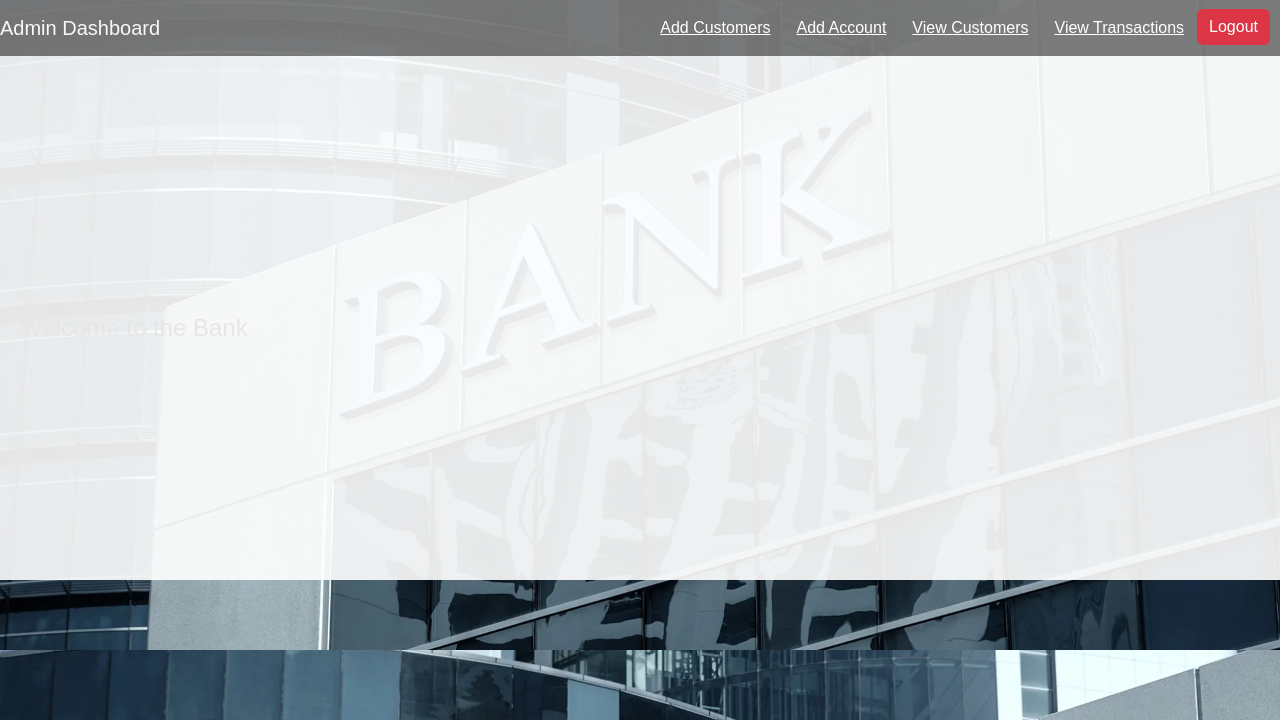
Repository: prathamsuhasia/swabhav-mini-project
Page: http://localhost/01-mini-project/Admin.jsp
An editor plug-in stored every save of this project. The page is shown before and after the next save, followed by the edit.
The browser window is 1280 px wide. The pictures show the whole page.
The page is served by Tomcat 9. The session is filled in as if someone had signed in: {"username": "testuser", "admin": "admin"}. Other server files are loaded and not shown.

Above is the page before, as saved 2024-08-15 16:16:05.

### 01-mini-project/WebContent/Admin.jsp
<%@ page language="java" contentType="text/html; charset=ISO-8859-1"
	pageEncoding="ISO-8859-1"%>
<%
	response.setHeader("Cache-Control", "no-cache, no-store, must-revalidate");
	response.setHeader("Pragma", "no-cache");
	response.setDateHeader("Expires", 0);
%>
<%
	HttpSession sessions = request.getSession(false);
	if (session == null || !"admin".equals(session.getAttribute("admin"))) {
		// No session or user not logged in, redirect to the login page
		response.sendRedirect("Index.jsp");
		return;
	}
%>
<!DOCTYPE html>
<html>
<head>
<meta http-equiv="Content-Type" content="text/html; charset=ISO-8859-1">
<title>Dashboard</title>
<link
	href="https://cdn.jsdelivr.net/npm/bootstrap@5.3.0/dist/css/bootstrap.min.css"
	rel="stylesheet">
<style>
body {
	background-image: url('Bank.webp');
	background-size: cover;
	background-position: center;
	color: #fff;
	font-family: Arial, sans-serif;
	position: relative;
    z-index: 1;
}

.navbar {
	background-color: rgba(0, 0, 0, 0.5);
	margin-bottom: 20px;
}

.navbar-brand {
	color: #f8f9fa;
}

.navbar-nav .nav-link {
	color: #f8f9fa !important;
}

.navbar-nav .nav-link:hover {
	color: #e9ecef !important;
}

.btn-logout {
	background-color: #dc3545;
	border: none;
	color: #fff;
	margin-right: 10px;
}

.btn-logout:hover {
	background-color: #c82333;
	color: #fff;
}

.welcome-message {
	display: flex;
	align-items: center;
	color: black;
	height: 70vh;
	justify-content: flex-start;
	padding-left: 20px;
	font-size: 24px;
}

.container {
	background-color: rgba(0, 0, 0, 0.6);
	padding: 20px;
	border-radius: 10px;
}

body::before {
	content: '';
	position: absolute;
	top: 0;
	left: 0;
	width: 100%;
	height: 100%;
	background-color: rgba(255, 255, 255, 0.9);
	/* Adjust opacity to make it lighter or darker */
}
</style>
</head>
<body>
	<nav class="navbar navbar-expand-lg">
		<a class="navbar-brand" href="#">Admin Dashboard</a>
		<div class="collapse navbar-collapse justify-content-end">
			<ul class="navbar-nav">
				<li class="nav-item">
					<form action="AdminController" method="post" class="nav-item">
						<button type="submit" name="action" value="AddCustomers"
							class="btn btn-link"style="color:white;">Add Customers</button>
					</form>
				</li>
				<li class="nav-item">
					<form action="AdminController" method="post" class="nav-item">
						<button type="submit" name="action" value="AddAccount"
							class="btn btn-link" style="color:white;">Add Account</button>
					</form>
				</li>
				<li class="nav-item">
					<form action="AdminController" method="post" class="nav-item">
						<button type="submit" name="action" value="ViewCustomers"
							class="btn btn-link" style="color:white;">View Customers</button>
					</form>
				</li>
				<li class="nav-item">
					<form action="AdminController" method="post" class="nav-item">
						<button type="submit" name="action" value="ViewTransactions"
							class="btn btn-link" style="color:white;">View Transactions</button>
					</form>
				</li>
				<li class="nav-item">
					<form action="LogoutServlet">
						<button type="submit" class="btn btn-logout">Logout</button>
					</form>
				</li>
			</ul>
		</div>
	</nav>

	<div class="welcome-message">Welcome to the Bank</div>

	<script src="https://code.jquery.com/jquery-3.6.0.min.js"></script>
	<script
		src="https://cdn.jsdelivr.net/npm/bootstrap@5.3.0/dist/js/bootstrap.bundle.min.js"></script>
</body>
</html>

After the next save:
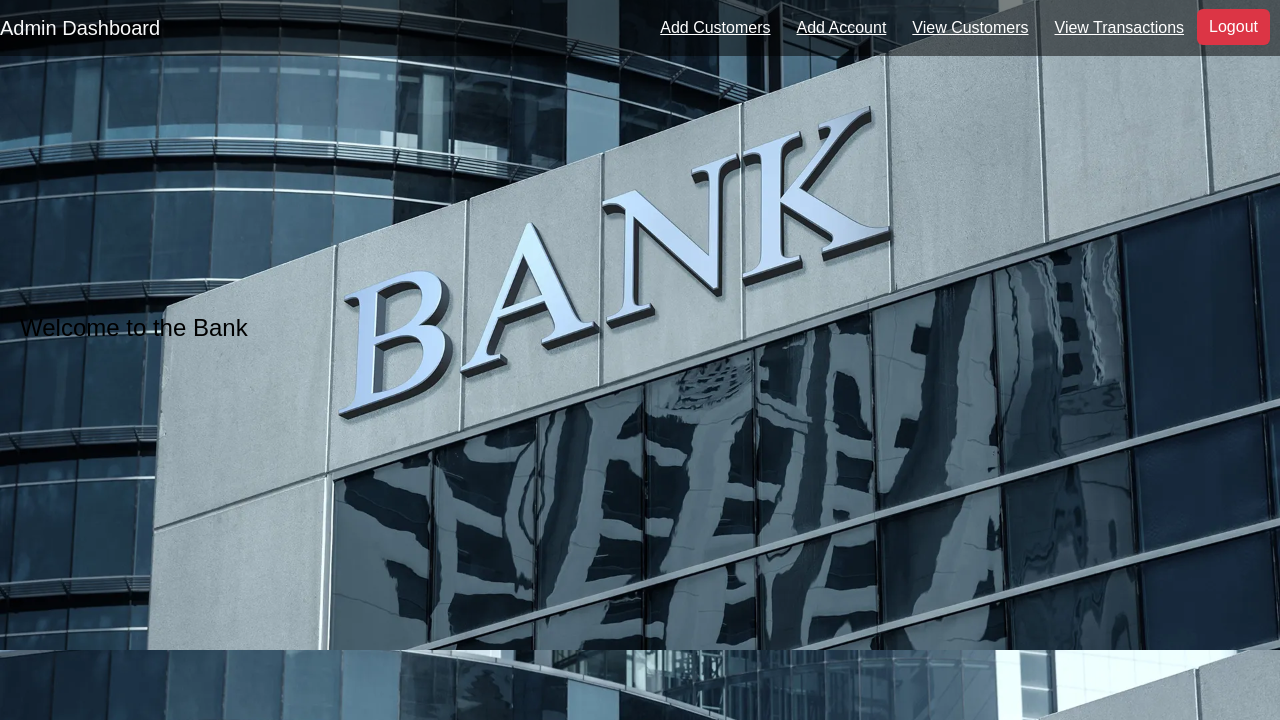
Saved 35 s later.
--- a/01-mini-project/WebContent/Admin.jsp
+++ b/01-mini-project/WebContent/Admin.jsp
@@ -77,16 +77,7 @@ body {
 	border-radius: 10px;
 }
 
-body::before {
-	content: '';
-	position: absolute;
-	top: 0;
-	left: 0;
-	width: 100%;
-	height: 100%;
-	background-color: rgba(255, 255, 255, 0.9);
-	/* Adjust opacity to make it lighter or darker */
-}
+
 </style>
 </head>
 <body>
